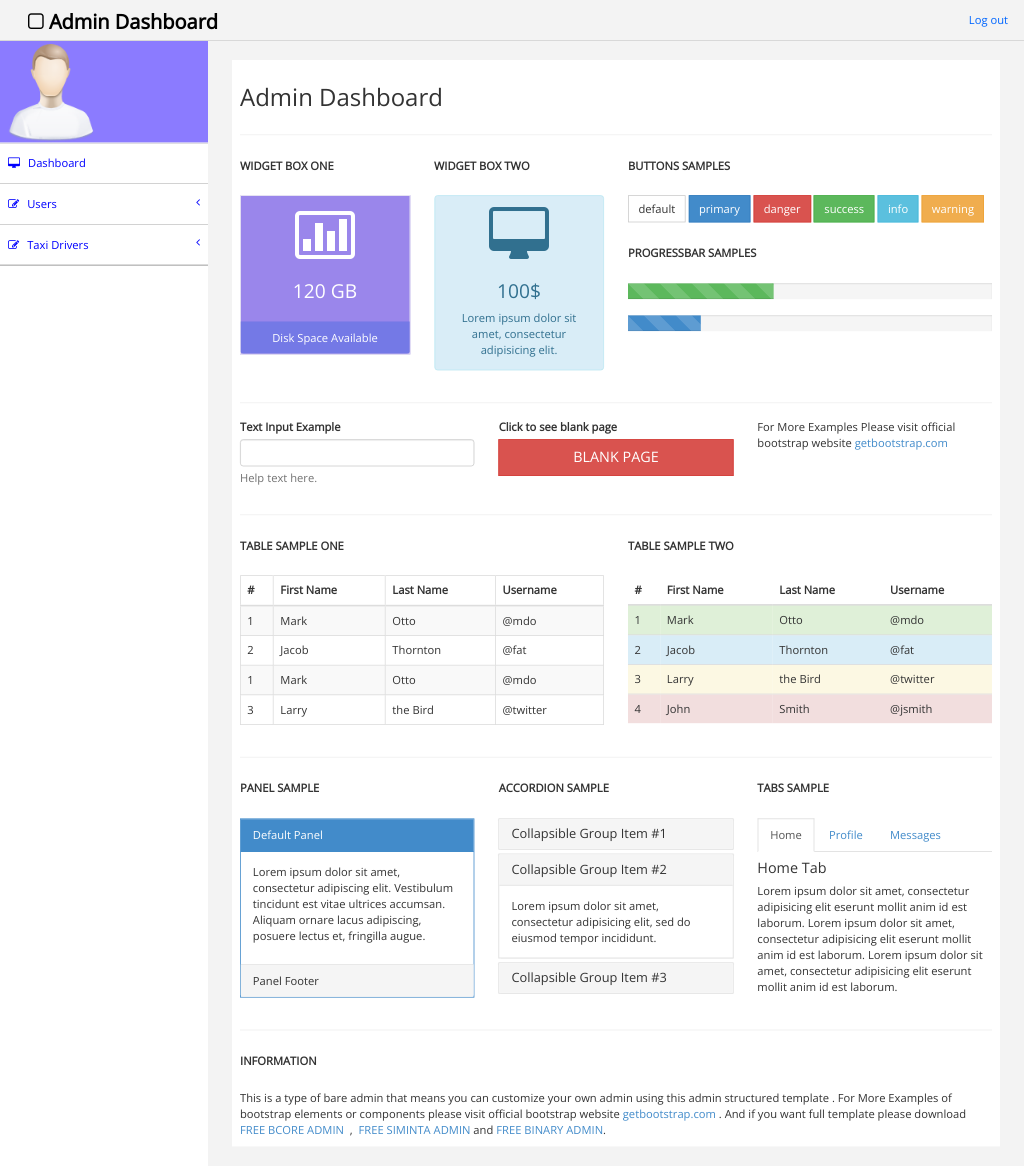
Repository: ash-the-reaper/TaxiRoot
Page: UI/WebContent/index.html
The author's editor kept a copy of each file at every save. The page is drawn from the files as they stood at one save, then again after the next save.
The browser window is 1280 px wide. The pictures show the whole page, at 80% of full size.

Above is the page before, as saved 2017-05-20 07:55:35.

### UI/WebContent/index.html
<!DOCTYPE html>
<html xmlns="http://www.w3.org/1999/xhtml">
<head>
    <meta charset="utf-8" />
    <meta name="viewport" content="width=device-width, initial-scale=1.0" />
    <title>Taxi admin Page</title>
    <!-- BOOTSTRAP STYLES-->
    <link href="assets/css/bootstrap.css" rel="stylesheet" />
    <!-- FONTAWESOME STYLES-->
    <link href="assets/css/font-awesome.css" rel="stylesheet" />
    <!-- CUSTOM STYLES-->
    <link href="assets/css/custom.css" rel="stylesheet" />
    <!-- GOOGLE FONTS-->
    <link href='http://fonts.googleapis.com/css?family=Open+Sans' rel='stylesheet' type='text/css' />
</head>
<body>
    <div id="wrapper">
        <div class="navbar navbar-inverse navbar-fixed-top">
            <div class="adjust-nav">
                <div class="navbar-header">
                    <button type="button" class="navbar-toggle" data-toggle="collapse" data-target=".sidebar-collapse">
                        <span class="icon-bar"></span>
                        <span class="icon-bar"></span>
                        <span class="icon-bar"></span>
                    </button>
                    <a class="navbar-brand" href="#"><i class="fa fa-square-o "></i>&nbsp;Admin Dashboard</a>
                </div>
                <div class="navbar-collapse collapse">
                    <ul class="nav navbar-nav navbar-right">
                        <li><a href="#">Log out</a></li>
                    </ul>
                </div>

            </div>
        </div>
        <!-- /. NAV TOP  -->
        <nav class="navbar-default navbar-side" role="navigation">
            <div class="sidebar-collapse">
                <ul class="nav" id="main-menu">
                    <li class="text-center user-image-back">
                        <img src="assets/img/find_user.png" class="img-responsive" />

                    </li>


                    <li>
                        <a href="index.html"><i class="fa fa-desktop "></i>Dashboard</a>
                    </li>
                    <li>
                        <a href="#"><i class="fa fa-edit "></i>Users<span class="fa arrow"></span></a>
                        <ul class="nav nav-second-level">
                            <li>
                                <a href="#">All</a>
                            </li>
                            <li>
                                <a href="#">Active</a>
                            </li>
                            <li>
                                <a href="#">Blocked</a>
                            </li>
                        </ul>
                    </li>

					<li>
                        <a href="#"><i class="fa fa-edit "></i>Taxi Drivers<span class="fa arrow"></span></a>
                        <ul class="nav nav-second-level">
                            <li>
                                <a href="blank.html">All</a>
                            </li>
                            <li>
                                <a href="#">Active</a>
                            </li>
                            <li>
                                <a href="#">Blocked</a>
                            </li>
                        </ul>
                    </li>


        </nav>
        <!-- /. NAV SIDE  -->
        <div id="page-wrapper">
            <div id="page-inner">
                <div class="row">
                    <div class="col-md-12">
                        <h2>Admin Dashboard</h2>
                    </div>
                </div>
                <!-- /. ROW  -->
                <hr />
                <div class="row">
                    <div class="col-md-3 col-sm-3 col-xs-6">
                        <h5>Widget Box One</h5>
                        <div class="panel panel-primary text-center no-boder bg-color-blue">
                            <div class="panel-body">
                                <i class="fa fa-bar-chart-o fa-5x"></i>
                                <h3>120 GB </h3>
                            </div>
                            <div class="panel-footer back-footer-blue">
                                Disk Space Available

                            </div>
                        </div>
                    </div>
                    <div class="col-md-3 col-sm-3 col-xs-6">
                        <h5>Widget Box Two</h5>
                        <div class="alert alert-info text-center">
                            <i class="fa fa-desktop fa-5x"></i>
                            <h3>100$ </h3>
                            Lorem ipsum dolor sit amet, consectetur adipisicing elit.
                        </div>
                    </div>
                    <div class="col-md-6">
                        <h5>Buttons Samples</h5>
                        <a href="#" class="btn btn-default">default</a>
                        <a href="#" class="btn btn-primary">primary</a>
                        <a href="#" class="btn btn-danger">danger</a>
                        <a href="#" class="btn btn-success">success</a>
                        <a href="#" class="btn btn-info">info</a>
                        <a href="#" class="btn btn-warning">warning</a>
                        <br />
                        <br />
                        <h5>Progressbar Samples</h5>
                        <div class="progress progress-striped">
                            <div class="progress-bar progress-bar-success" role="progressbar" aria-valuenow="40" aria-valuemin="0" aria-valuemax="100" style="width: 40%">
                                <span class="sr-only">40% Complete (success)</span>
                            </div>
                        </div>
                        <div class="progress progress-striped active">
                            <div class="progress-bar progress-bar-primary" role="progressbar" aria-valuenow="20" aria-valuemin="0" aria-valuemax="100" style="width: 20%">
                                <span class="sr-only">20% Complete</span>
                            </div>
                        </div>


                    </div>

                </div>
                <!-- /. ROW  -->
                <hr />
                <div class="row">
                    <div class="col-md-4">
                        <div class="form-group">
                            <label>Text Input Example</label>
                            <input class="form-control" />
                            <p class="help-block">Help text here.</p>
                        </div>
                    </div>
                    <div class="col-md-4">
                        <label>Click to see blank page</label>
                        <a href="blank.html" target="_blank" class="btn btn-danger btn-lg btn-block">BLANK PAGE</a>
                    </div>
                    <div class="col-md-4">
                        For More Examples Please visit official bootstrap website <a href="http://getbootstrap.com" target="_blank">getbootstrap.com</a>
                    </div>
                </div>
                <hr />
                <div class="row">
                    <div class="col-md-6">
                        <h5>Table  Sample One</h5>
                        <table class="table table-striped table-bordered table-hover">
                            <thead>
                                <tr>
                                    <th>#</th>
                                    <th>First Name</th>
                                    <th>Last Name</th>
                                    <th>Username</th>
                                </tr>
                            </thead>
                            <tbody>
                                <tr>
                                    <td>1</td>
                                    <td>Mark</td>
                                    <td>Otto</td>
                                    <td>@mdo</td>
                                </tr>
                                <tr>
                                    <td>2</td>
                                    <td>Jacob</td>
                                    <td>Thornton</td>
                                    <td>@fat</td>
                                </tr>
                                <tr>
                                    <td>1</td>
                                    <td>Mark</td>
                                    <td>Otto</td>
                                    <td>@mdo</td>
                                </tr>
                                <tr>
                                    <td>3</td>
                                    <td>Larry</td>
                                    <td>the Bird</td>
                                    <td>@twitter</td>
                                </tr>
                            </tbody>
                        </table>

                    </div>
                    <div class="col-md-6">
                        <h5>Table  Sample Two</h5>
                        <div class="table-responsive">
                            <table class="table">
                                <thead>
                                    <tr>
                                        <th>#</th>
                                        <th>First Name</th>
                                        <th>Last Name</th>
                                        <th>Username</th>
                                    </tr>
                                </thead>
                                <tbody>
                                    <tr class="success">
                                        <td>1</td>
                                        <td>Mark</td>
                                        <td>Otto</td>
                                        <td>@mdo</td>
                                    </tr>
                                    <tr class="info">
                                        <td>2</td>
                                        <td>Jacob</td>
                                        <td>Thornton</td>
                                        <td>@fat</td>
                                    </tr>
                                    <tr class="warning">
                                        <td>3</td>
                                        <td>Larry</td>
                                        <td>the Bird</td>
                                        <td>@twitter</td>
                                    </tr>
                                    <tr class="danger">
                                        <td>4</td>
                                        <td>John</td>
                                        <td>Smith</td>
                                        <td>@jsmith</td>
                                    </tr>
                                </tbody>
                            </table>
                        </div>
                    </div>
                </div>
                <!-- /. ROW  -->
                <hr />


                <div class="row">
                    <div class="col-md-4">
                        <h5>Panel Sample</h5>
                        <div class="panel panel-primary">
                            <div class="panel-heading">
                                Default Panel
                            </div>
                            <div class="panel-body">
                                <p>Lorem ipsum dolor sit amet, consectetur adipiscing elit. Vestibulum tincidunt est vitae ultrices accumsan. Aliquam ornare lacus adipiscing, posuere lectus et, fringilla augue.</p>
                            </div>
                            <div class="panel-footer">
                                Panel Footer
                            </div>
                        </div>
                    </div>
                    <div class="col-md-4">
                        <h5>Accordion Sample</h5>
                        <div class="panel-group" id="accordion">
                            <div class="panel panel-default">
                                <div class="panel-heading">
                                    <h4 class="panel-title">
                                        <a data-toggle="collapse" data-parent="#accordion" href="#collapseOne" class="collapsed">Collapsible Group Item #1</a>
                                    </h4>
                                </div>
                                <div id="collapseOne" class="panel-collapse collapse" style="height: 0px;">
                                    <div class="panel-body">
                                        Lorem ipsum dolor sit amet, consectetur adipisicing elit, sed do eiusmod tempor incididunt.
                                    </div>
                                </div>
                            </div>
                            <div class="panel panel-default">
                                <div class="panel-heading">
                                    <h4 class="panel-title">
                                        <a data-toggle="collapse" data-parent="#accordion" href="#collapseTwo">Collapsible Group Item #2</a>
                                    </h4>
                                </div>
                                <div id="collapseTwo" class="panel-collapse in" style="height: auto;">
                                    <div class="panel-body">
                                        Lorem ipsum dolor sit amet, consectetur adipisicing elit, sed do eiusmod tempor incididunt.

                                    </div>
                                </div>
                            </div>
                            <div class="panel panel-default">
                                <div class="panel-heading">
                                    <h4 class="panel-title">
                                        <a data-toggle="collapse" data-parent="#accordion" href="#collapseThree" class="collapsed">Collapsible Group Item #3</a>
                                    </h4>
                                </div>
                                <div id="collapseThree" class="panel-collapse collapse">


                                        <div class="panel-body">
                                             Lorem ipsum dolor sit amet, consectetur adipisicing elit, sed do eiusmod tempor incididunt.
                                        </div>
                                </div>
                            </div>
                        </div>
                    </div>
                    <div class="col-md-4">
                        <h5>Tabs Sample</h5>
                        <ul class="nav nav-tabs">
                            <li class="active"><a href="#home" data-toggle="tab">Home</a>
                            </li>
                            <li class=""><a href="#profile" data-toggle="tab">Profile</a>
                            </li>
                            <li class=""><a href="#messages" data-toggle="tab">Messages</a>
                            </li>

                        </ul>
                        <div class="tab-content">
                            <div class="tab-pane fade active in" id="home">
                                <h4>Home Tab</h4>
                                <p>
                                    Lorem ipsum dolor sit amet, consectetur adipisicing elit eserunt mollit anim id est laborum.
                                        Lorem ipsum dolor sit amet, consectetur adipisicing elit eserunt mollit anim id est laborum.
                                        Lorem ipsum dolor sit amet, consectetur adipisicing elit eserunt mollit anim id est laborum.
                                </p>
                            </div>
                            <div class="tab-pane fade" id="profile">
                                <h4>Profile Tab</h4>
                                <p>
                                    Lorem ipsum dolor sit amet, consectetur adipisicing elit eserunt mollit anim id est laborum.
                                        Lorem ipsum dolor sit amet, consectetur adipisicing elit eserunt mollit anim id est laborum.
                                        Lorem ipsum dolor sit amet, consectetur adipisicing elit eserunt mollit anim id est laborum.
                                </p>

                            </div>
                            <div class="tab-pane fade" id="messages">
                                <h4>Messages Tab</h4>
                                <p >
                                    Lorem ipsum dolor sit amet, consectetur adipisicing elit eserunt mollit anim id est laborum.
                                        Lorem ipsum dolor sit amet, consectetur adipisicing elit eserunt mollit anim id est laborum.
                                        Lorem ipsum dolor sit amet, consectetur adipisicing elit eserunt mollit anim id est laborum.
                                </p>

                            </div>

                        </div>
                    </div>

                </div>
                <!-- /. ROW  -->
                <hr />
                  <div class="row">
                    <div class="col-md-12">
                        <h5>Information</h5>
                            This is a type of bare admin that means you can customize your own admin using this admin structured  template . For More Examples of bootstrap elements or components please visit official bootstrap website <a href="http://getbootstrap.com" target="_blank">getbootstrap.com</a>
                        . And if you want full template please download <a href="http://www.binarytheme.com/bootstrap-free-admin-dashboard-template/" target="_blank" >FREE BCORE ADMIN </a>&nbsp;,&nbsp;  <a href="http://www.binarytheme.com/free-bootstrap-admin-template-siminta/" target="_blank" >FREE SIMINTA ADMIN</a> and <a href="http://binarycart.com/" target="_blank" >FREE BINARY ADMIN</a>.

                    </div>
                </div>
                <!-- /. ROW  -->

            </div>
            <!-- /. PAGE INNER  -->
        </div>
        <!-- /. PAGE WRAPPER  -->
    </div>
    <!-- /. WRAPPER  -->
    <!-- SCRIPTS -AT THE BOTOM TO REDUCE THE LOAD TIME-->
    <!-- JQUERY SCRIPTS -->
    <script src="assets/js/jquery-1.10.2.js"></script>
    <!-- BOOTSTRAP SCRIPTS -->
    <script src="assets/js/bootstrap.min.js"></script>
    <!-- METISMENU SCRIPTS -->
    <script src="assets/js/jquery.metisMenu.js"></script>
    <!-- CUSTOM SCRIPTS -->
    <script src="assets/js/custom.js"></script>


    <script src="js/angular.min.js"></script>
	<script src="js/jquery-3.1.1.min.js"></script>


</body>
</html>

Loaded but not shown: UI/WebContent/assets/css/bootstrap.css (library); UI/WebContent/assets/css/font-awesome.css (library); UI/WebContent/assets/js/jquery-1.10.2.js (library); UI/WebContent/assets/js/bootstrap.min.js (library); UI/WebContent/assets/js/jquery.metisMenu.js (common file); UI/WebContent/js/angular.min.js (library); UI/WebContent/js/jquery-3.1.1.min.js (library); UI/WebContent/assets/js/custom.js (53 lines, source omitted); UI/WebContent/assets/css/custom.css (242 lines, source omitted)

After the next save:
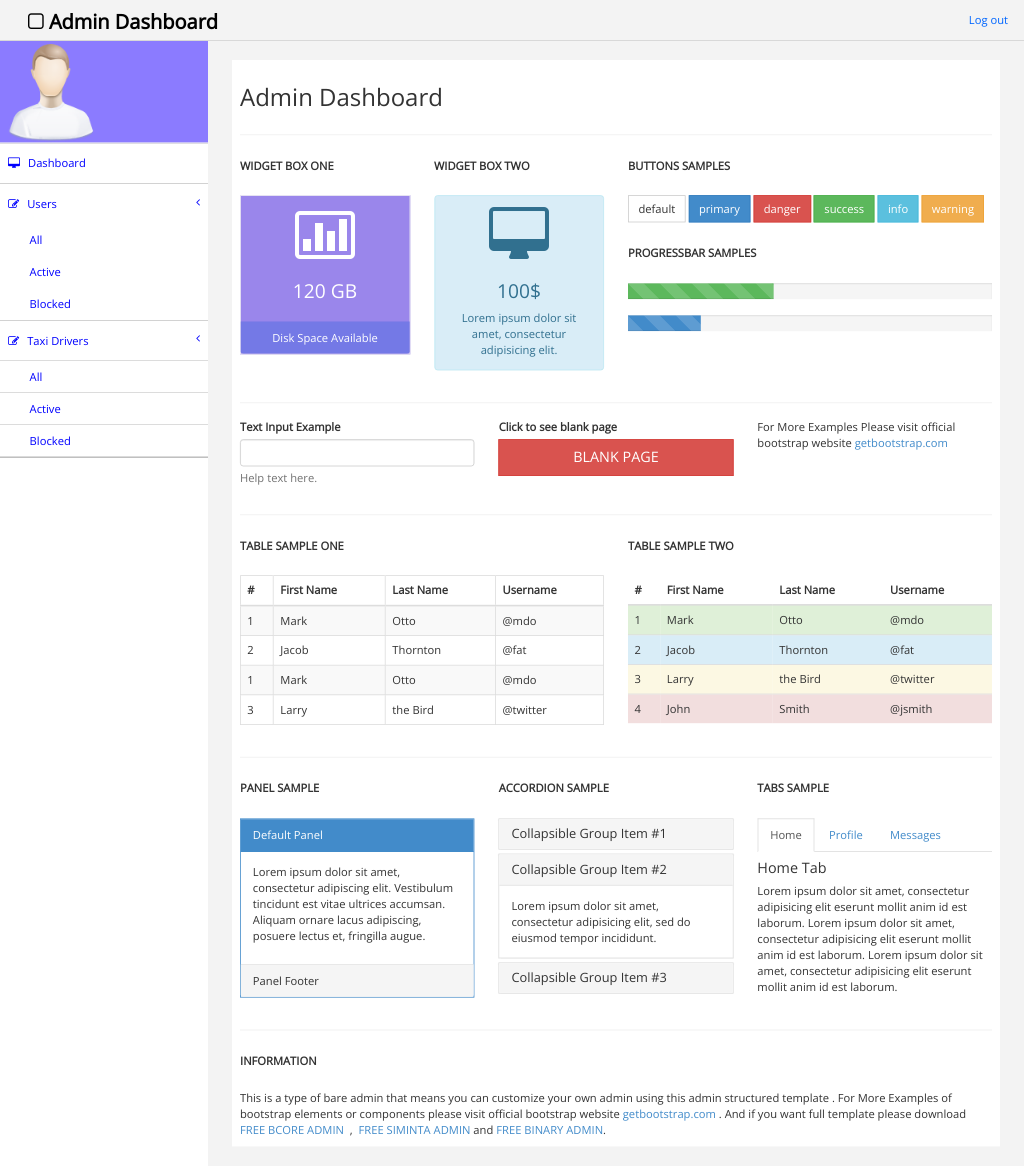
Console error (its wording comes from the project's code and is left out).
Saved 39 s later.
--- a/UI/WebContent/index.html
+++ b/UI/WebContent/index.html
@@ -364,7 +364,8 @@
     <!-- /. WRAPPER  -->
     <!-- SCRIPTS -AT THE BOTOM TO REDUCE THE LOAD TIME-->
     <!-- JQUERY SCRIPTS -->
-    <script src="assets/js/jquery-1.10.2.js"></script>
+    <!-- <script src="assets/js/jquery-1.10.2.js"></script> -->
+
     <!-- BOOTSTRAP SCRIPTS -->
     <script src="assets/js/bootstrap.min.js"></script>
     <!-- METISMENU SCRIPTS -->

After the save that followed:
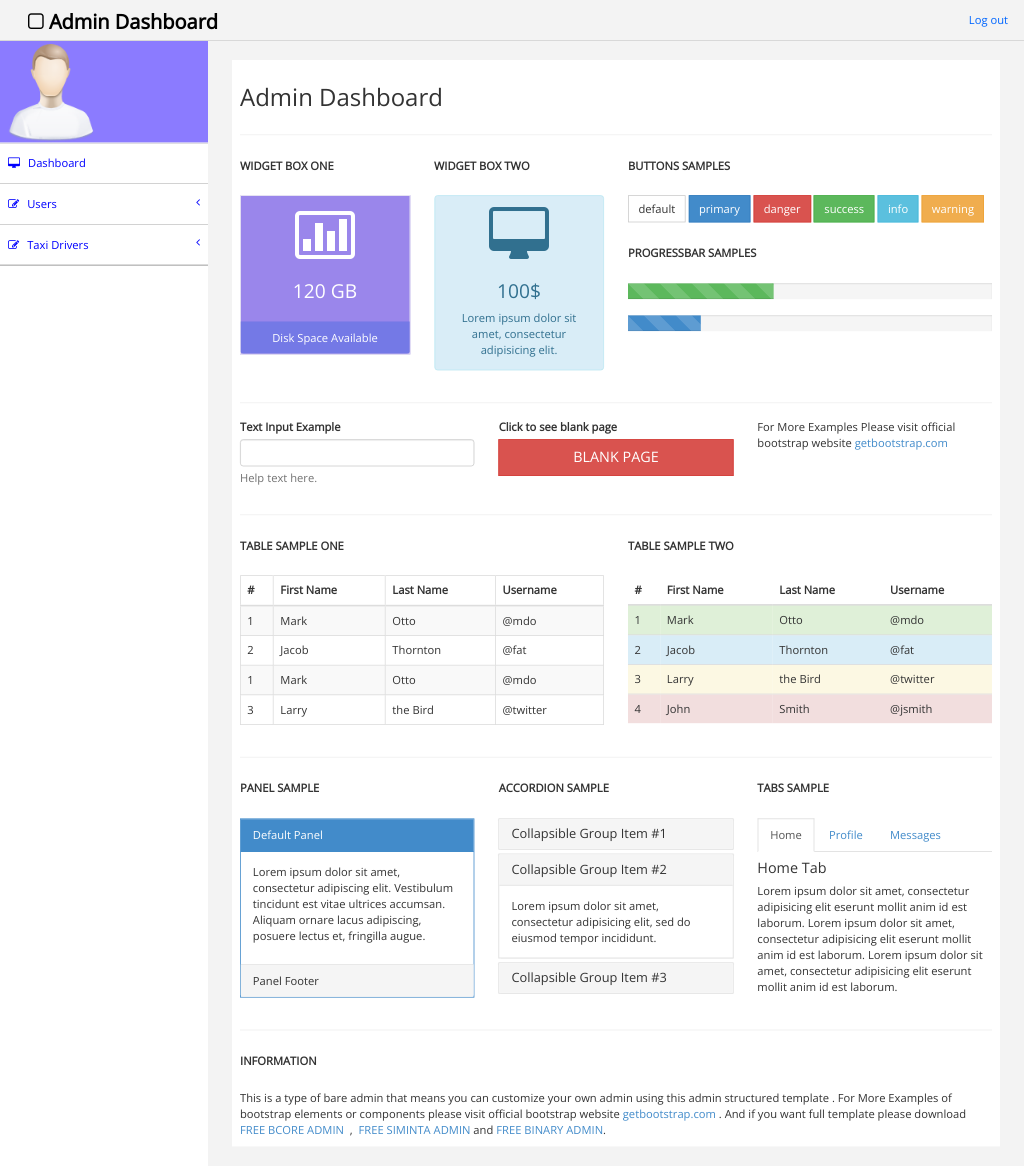
The error is gone.
Saved 13 s later.
--- a/UI/WebContent/index.html
+++ b/UI/WebContent/index.html
@@ -364,8 +364,7 @@
     <!-- /. WRAPPER  -->
     <!-- SCRIPTS -AT THE BOTOM TO REDUCE THE LOAD TIME-->
     <!-- JQUERY SCRIPTS -->
-    <!-- <script src="assets/js/jquery-1.10.2.js"></script> -->
-
+    <script src="assets/js/jquery-1.10.2.js"></script>
     <!-- BOOTSTRAP SCRIPTS -->
     <script src="assets/js/bootstrap.min.js"></script>
     <!-- METISMENU SCRIPTS -->
@@ -374,8 +373,7 @@
     <script src="assets/js/custom.js"></script>
 
 
-    <script src="js/angular.min.js"></script>
-	<script src="js/jquery-3.1.1.min.js"></script>
+
 
 
 </body>
